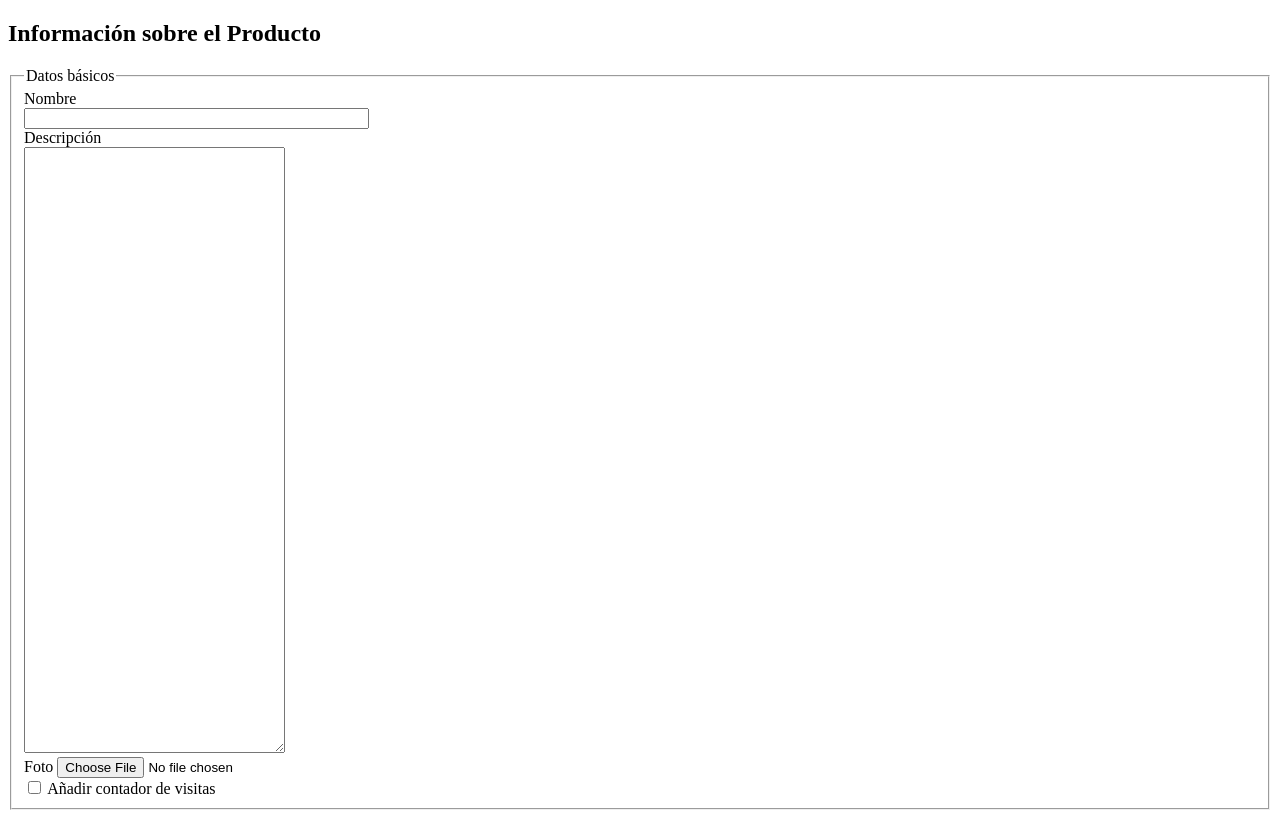
Repository: GonzaDelgado/JavaProjects
Page: modulo_html/WebContent/Form_avanzado2.html
These files come from the project's save history. The page is drawn as it stood at one moment and after the next save; the edit follows.
The browser window is 1280 px wide. The pictures show the whole page.

Above is the page before, as saved 2021-02-08 15:29:07.

After the next save:
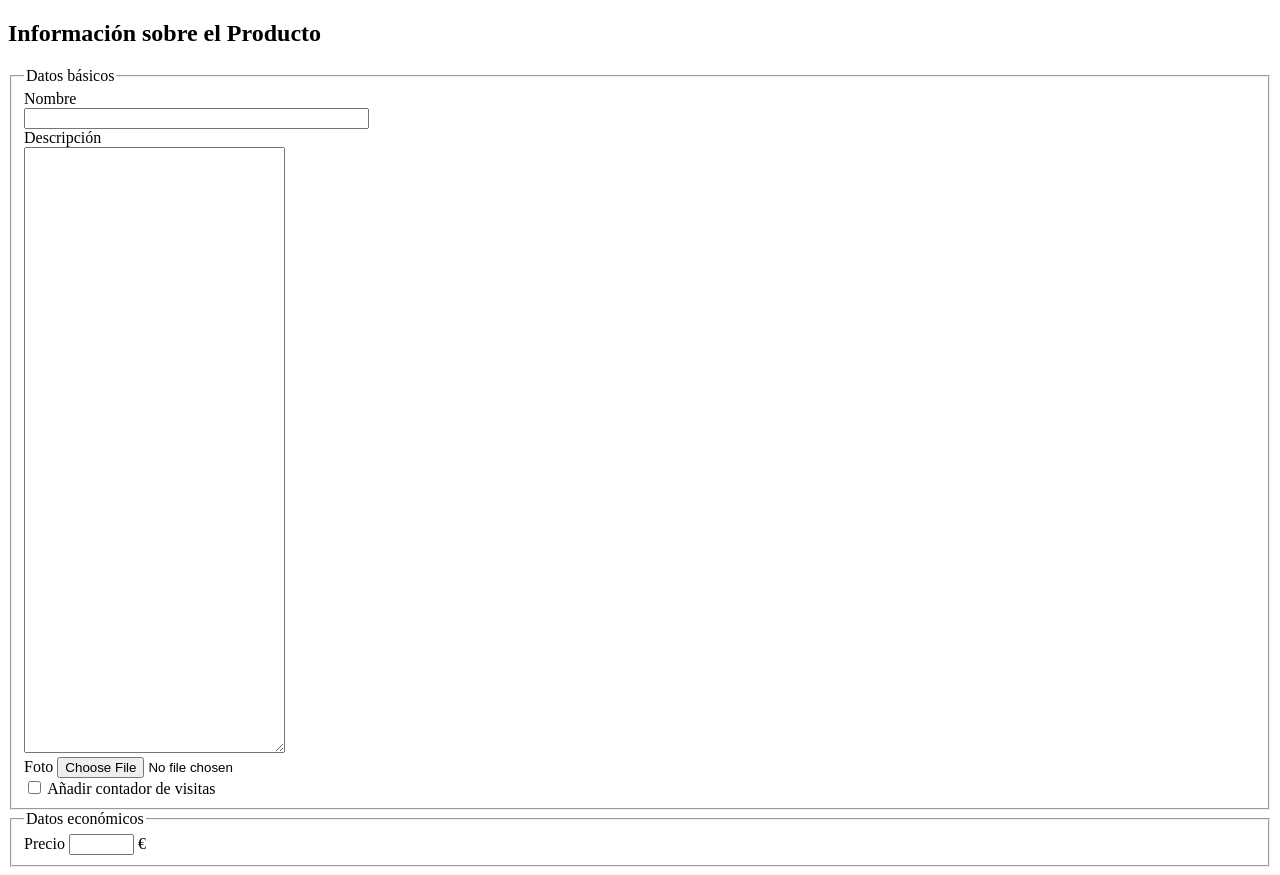
Saved 5 min 48 s later.
--- a/modulo_html/WebContent/Form_avanzado2.html
+++ b/modulo_html/WebContent/Form_avanzado2.html
@@ -17,7 +17,12 @@
 		<label for="añadir_contador">Añadir contador de visitas</label> <br/>
 
 	</fieldset>
+	<fieldset><legend>Datos económicos</legend>
+		<label for="nombre">Precio </label>
+		<input type ="text" size="5" name="precio" value="" maxlength="10"/>&nbsp;&euro;<br>
 
+
+	</fieldset>
 	</form>
 </body>
 </html>
